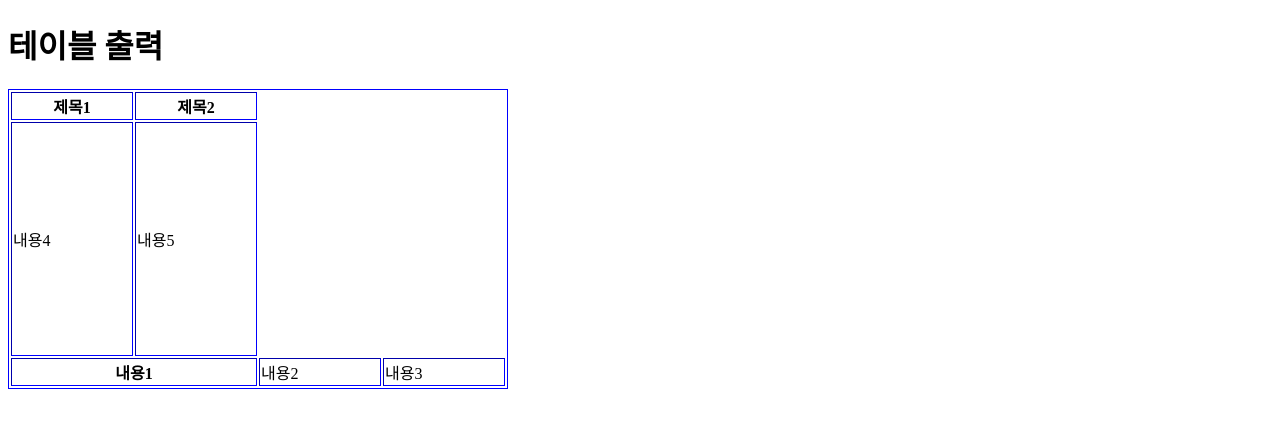
Repository: KimHeonSeung/TJE_HTML
Page: sources/day_01/WebContent/table_head_foot.html
The author's editor kept a copy of each file at every save. The page is drawn from the files as they stood at one save, then again after a run of saves.
The browser window is 1280 px wide. The pictures show the whole page.

Above is the page before, as saved 2019-05-10 08:05:36.

### sources/day_01/WebContent/table_head_foot.html
<!DOCTYPE html>
<html>
<head>
<meta charset="UTF-8">
<title>테이블</title>

<style type="text/css">
	table {
		border: 1px solid blue;
		width: 500px;
		height: 300px;
	}
</style>
</head>
<body>

<!-- <table> </table> : 표 전체 -->
<!-- <tr> </tr>		  : 행 -->
<!-- <td> </td>		  : 열 -->
<!-- th 			  : td로 셀 만들고 글자를 진하게 바꾸고 가운데 정렬
	 					제목으로 사용하는 셀은 th로 간단히 만들 수 있다. -->

<h1>테이블 출력</h1>
<table border="1">
	<thead>
	<tr>
		<th>제목1</th>
		<th>제목2</th>
	</tr>
	</thead>

	<tfoot>
	<tr>
		<th colspan="2">내용1</th>
		<td>내용2</td>
		<td>내용3</td>
	</tr>
	</tfoot>

	<tr>
		<td>내용4</td>
		<td>내용5</td>
	</tr>
</table>

</body>
</html>

After the next 2 saves:
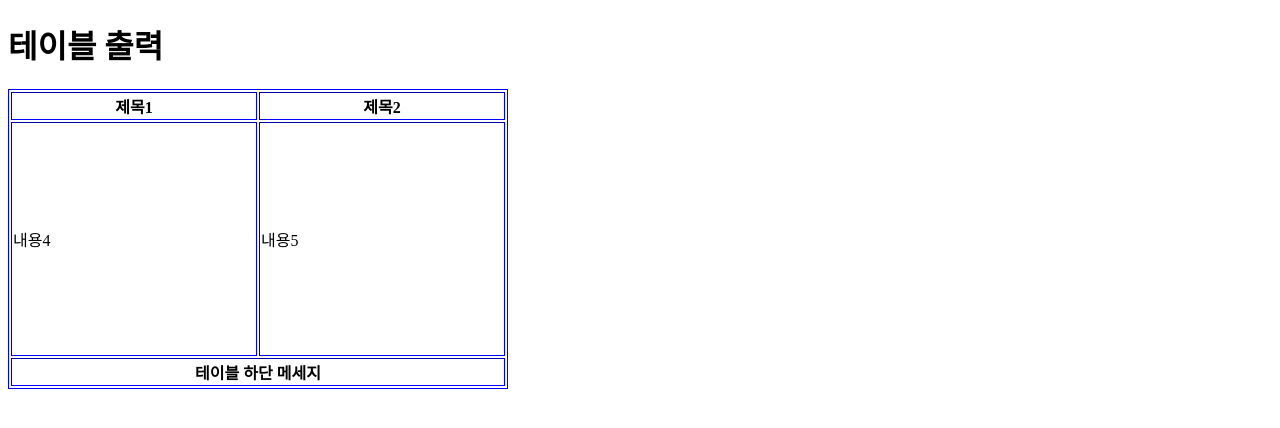
The 2 saves are shown as one change because they came seconds apart.
The last was saved 7 s later.
--- a/sources/day_01/WebContent/table_head_foot.html
+++ b/sources/day_01/WebContent/table_head_foot.html
@@ -31,9 +31,7 @@
 
 	<tfoot>
 	<tr>
-		<th colspan="2">내용1</th>
-		<td>내용2</td>
-		<td>내용3</td>
+		<th colspan="2">테이블 하단 메세지</th>
 	</tr>
 	</tfoot>
 
